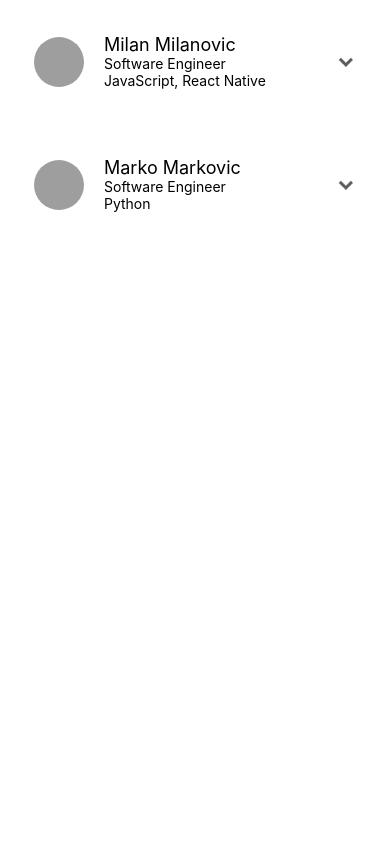
Repository: likanbl/intern-feature
Screen: /
An editor plug-in stored every save of this project. The screen is shown before and after the next save, followed by the edit.
Pictures or frames that could not be fetched are drawn as grey boxes. The app was drawn by React Native's web renderer in a window 390 px wide. The project was rebuilt for these pictures with package versions that can differ from the ones it lists, and the page was loaded fresh each time.

Above is the screen before, as saved 2019-09-16 09:39:32.

### App.js
/**
 * Sample React Native App
 * https://github.com/facebook/react-native
 *
 * @format
 * @flow
 */

import React, {Component} from 'react';

import Home from './src/components/home/Home';

export default class App extends Component {
  render() {
    return <Home></Home>;
  }
}

### src/components/home/Home.js
import React, {Component} from 'react';
import {View, FlatList, Text, StyleSheet} from 'react-native';
import {Card} from 'react-native-elements';
import {HomeItem} from './HomeItem';

const Data = [
  {
    Name: 'Milan Milanovic',
    role: 'Software Engineer',
    skills: 'JavaScript, React Native',
    additionalInfo: 'Milan Milanovic description',
  },
  {
    Name: 'Marko Markovic',
    role: 'Software Engineer',
    skills: 'Python',
    additionalInfo: 'Marko Markovic description',
  },
];
export default class Home extends Component {
  renderItem = ({item}) => <HomeItem item={item} />;

  render() {
    return (
      <View>
        <FlatList
          data={Data}
          renderItem={this.renderItem}
          keyExtractor={Data.id}
        />
      </View>
    );
  }
}

### src/components/home/HomeItem.js
import React, {Component} from 'react';
import {
  View,
  Text,
  Image,
  TouchableWithoutFeedback,
  StyleSheet,
} from 'react-native';
import PropTypes from 'prop-types';
import {images} from '../../assets/images';
import {Avatar} from 'react-native-elements';
import styles from './styles';

const propTypes = {
  item: PropTypes.object,
};

class HomeItem extends Component {
  state = {
    isSelected: false,
  };

  onPress = () => {
    this.setState((prevState, prevProps) => ({
      isSelected: !prevState.isSelected,
    }));
  };

  renderDetails = () => (
    <View style={styles.titleContainer}>
      <Text style={styles.description}>{this.props.item.additionalInfo}</Text>
    </View>
  );

  render() {
    const {isSelected} = this.state;
    return (
      <View style={{padding: 19}}>
        <View style={styles.container}>
          <TouchableWithoutFeedback onPress={this.onPress}>
            <View style={styles.titleContainer}>
              <View>
                <Avatar
                  size="medium"
                  rounded
                  source={{
                    uri:
                      'https://s3.amazonaws.com/uifaces/faces/twitter/ladylexy/128.jpg',
                  }}
                />
              </View>
              <View style={styles.nameRole}>
                <Text style={styles.title}>{this.props.item.Name}</Text>
                <Text style={styles.role}>{this.props.item.role}</Text>
                <Text style={styles.role}>{this.props.item.skills}</Text>
              </View>
              <Image
                source={isSelected ? images.close : images.expand}
                style={styles.image}
              />
            </View>
          </TouchableWithoutFeedback>
          {isSelected && this.renderDetails()}
        </View>
      </View>
    );
  }
}
HomeItem.propTypes = propTypes;

export {HomeItem};

### src/assets/images.js
export const images = {
  expand: require('../../resources/expand.png'),
  close: require('../../resources/close.png'),
};

### src/components/home/styles.js
import {StyleSheet} from 'react-native';

export default StyleSheet.create({
  cardView: {
    flex: 1,
    padding: 15,
  },
  container: {
    flex: 1,
    flexDirection: 'column',
    elevation: 2,
    paddingTop: 15,
    borderRadius: 4,
    padding: 15,
  },
  avatarContainer: {
    flex: 1,
    alignItems: 'flex-start',
    justifyContent: 'center',
  },
  nameRole: {
    flex: 2,
    alignItems: 'flex-start',
    justifyContent: 'center',
    marginLeft: 20,
  },

  titleContainer: {
    flexDirection: 'row',
    justifyContent: 'space-around',
    alignItems: 'center',
  },
  title: {
    flex: 1,
    fontSize: 18,
  },
  role: {
    flex: 1,
    fontSize: 14,
  },
  description: {
    flex: 1,
    fontSize: 22,
    color: 'gray',
    paddingTop: 10,
  },
  image: {
    width: 20,
    height: 20,
  },
});

After the next save:
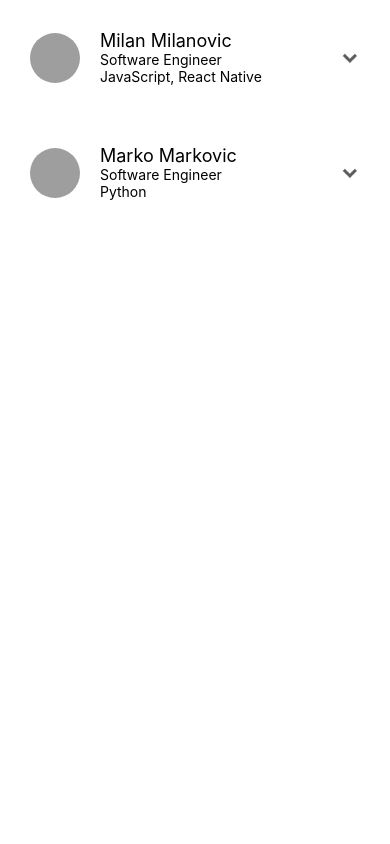
Saved 18 s later.
--- a/src/components/home/HomeItem.js
+++ b/src/components/home/HomeItem.js
@@ -35,7 +35,7 @@ class HomeItem extends Component {
   render() {
     const {isSelected} = this.state;
     return (
-      <View style={{padding: 19}}>
+      <View style={styles.cardView}>
         <View style={styles.container}>
           <TouchableWithoutFeedback onPress={this.onPress}>
             <View style={styles.titleContainer}>
